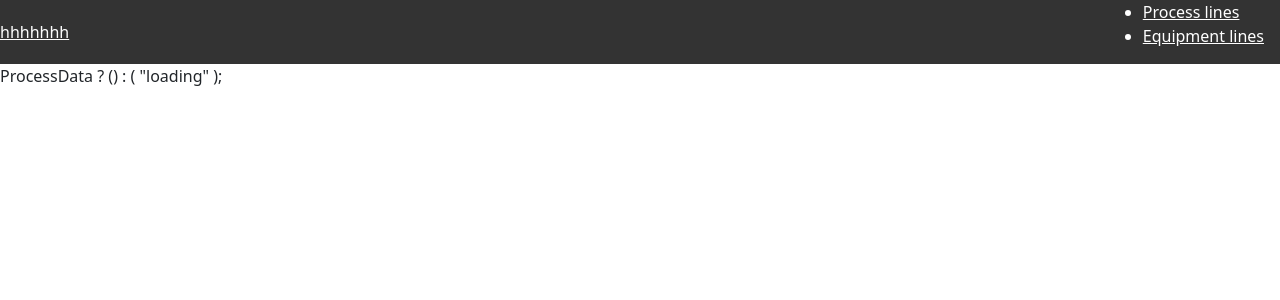
Repository: sreech465/evin3
Page: /pdetails
These files come from the project's save history. The page is drawn as it stood at one moment and after the next save; the edit follows.
The browser window is 1280 px wide. The pictures show the whole page.
The page's requests for data from a server got no answer. The project was rebuilt for these pictures with package versions that can differ from the ones it lists, and the page was loaded fresh each time. No one was signed in, and anything a server would have sent is missing. Also part of the build but not shown: src/Login.js, src/Display.js, src/Details.js, src/Equipment.js, src/Learning.js.

Above is the page before, as saved 2022-10-29 00:21:58.

### src/index.js
import React from "react";
import ReactDOM from "react-dom/client";
import "./index.css";
import App from "./App";
import reportWebVitals from "./reportWebVitals";
import { Provider } from "react-redux";
import store from "./store";
import "bootstrap/dist/css/bootstrap.min.css";
const root = ReactDOM.createRoot(document.getElementById("root"));
root.render(
  <React.StrictMode>
    <Provider store={store}>
      <App />
    </Provider>
  </React.StrictMode>
);

// If you want to start measuring performance in your app, pass a function
// to log results (for example: reportWebVitals(console.log))
// or send to an analytics endpoint. Learn more: https://bit.ly/CRA-vitals
reportWebVitals();

### src/App.js
import React from "react";
import { Routes, Route } from "react-router-dom";
import { BrowserRouter } from "react-router-dom";
import Login from "./Login";
import Display from "./Display";
import Details from "./Details";
import Process from "./Process";
import Equipment from "./Equipment";
import Learning from "./Learning";

const App = () => {
  return (
    <div className="App">
      <BrowserRouter>
        <Routes>
          <Route path="/" element={<Login />} />
          <Route path="/display" element={<Display />} />
          <Route path="/details" element={<Details />} />
          <Route path="/pdetails" element={<Process />} />
          <Route path="/elearning" element={<Learning />} />
        </Routes>
      </BrowserRouter>
    </div>
  );
};

export default App;

### src/store.js
import { applyMiddleware, createStore } from "redux";
import thunk from "redux-thunk";

import { singleReducer } from "./combineReducer";

const store = createStore(singleReducer, applyMiddleware(thunk));

export default store;

### src/Process.js
import React, { useState, useEffect } from "react";
import { useSelector, useDispatch } from "react-redux";
import { getProcesslines } from "./Actions";
import Headertabs from "./Headertabs";

const Process = () => {
  const dispatch = useDispatch();

  const access_token = useSelector(
    (state) => state.LoginReducer.auth.access_token
  );
  console.log(access_token);

  const ProcessData = useSelector((state) => state.ProcessReducer.Data101);
  console.log(ProcessData);

  useEffect(() => {
    dispatch(getProcesslines(access_token));
  }, []);

  return (
    <>
      <Headertabs />
      ProcessData ? (
      <>
        {ProcessData &&
          ProcessData.data.length > 0 &&
          ProcessData.data.map((element) => {
            return (
              <>
                <div class="card" style={{ display: "flex" }}>
                  <img
                    style={{ width: 70, height: 40 }}
                    class="card-img-top"
                    src={element.primary_product_details.primary_product_image}
                    alt="Card image cap"
                  />
                  <div class="card-body">
                    <h5 class="card-title">{element.name}</h5>
                    <p class="card-text">
                      {element.line_capacity} {element.org_location_name}.
                    </p>
                    <a href="#" class="btn btn-primary">
                      Go somewhere
                    </a>
                  </div>
                </div>
              </>
            );
          })}
      </>
      ) : ( "loading" );
    </>
  );
};

export default Process;

### src/combineReducer.js
import { combineReducers } from "redux";
import { LoginReducer, processReducer, projectReducer } from "./Reducer";

export const singleReducer = combineReducers({
  LoginReducer: LoginReducer,
  ProjectReducer: projectReducer,
  ProcessReducer: processReducer,
});

### src/Actions.js
import axios from "axios";

import {
  LOGIN_SUCESS,
  PROCESS_SUCESS,
  PROJECT_SUCESS,
  EQUIPMENT_SUCESS,
} from "./types";

const apiBaseUrl = "http://52.139.224.15:81/account/";
const adminbaseurl = "http://52.139.224.15:81/";
const baseUrl = "http://52.139.224.15:81/account/login/";

export const loginAction = (username, password, navigate) => {
  console.log(username, password, "action");
  return async (dispatch) => {
    const formData = {
      username: username,
      password: password,
    };

    try {
      await axios.post(baseUrl, formData).then((response) => {
        console.log("response from api", response.data);
        if (response.status == 200) {
          dispatch({ type: LOGIN_SUCESS, payload: response.data });
          navigate("/display");
        }
      });
    } catch (err) {
      console.log(err);
    }
  };
};

export const getProjectDetails = (access_token) => {
  console.log(access_token);
  return async (dispatch) => {
    let config = {
      headers: { Authorization: `Bearer ${access_token}` },
    };

    try {
      await axios
        .get(
          "http://52.139.224.15:81/my_project_list/?search=&page=1&ordering=-id&project_status=&solution_org=",
          config
        )
        .then((response) => {
          console.log("response from api", response);
          if (response.status == 200) {
            dispatch({ type: PROCESS_SUCESS, payload: response });
          }
        });
    } catch (err) {
      console.log(err);
    }
  };
};

export const getProcesslines = (access_token) => {
  console.log(access_token);
  return async (dispatch) => {
    let config = {
      headers: { Authorization: `Bearer ${access_token}` },
    };

    try {
      await axios
        .get(
          "http://52.139.224.15:81/end_user/process_line/?primary_product=all&org_location=&query=&page=1&sort_by=-id&installed_by=",
          config
        )
        .then((response) => {
          console.log("response from api", response);
          if (response.status == 200) {
            dispatch({ type: PROJECT_SUCESS, payload: response });
          }
        });
    } catch (err) {
      console.log(err);
    }
  };
};

// export const getEquipmentDetails = (access_token) => {
//   console.log(access_token);
//   return async (dispatch) => {
//     let config = {
//       headers: { Authorization: `Bearer ${access_token}` },
//     };

//     try {
//       await axios
//         .get(
//           "http://52.139.224.15:81/tagged_equipment_list/?search=&page=1&ordering=-status&process_line__org_location__name=&process_line__name=&system=&oem_org_id=&process_line__primary_product_ref__name=&equipment_select=&process_line__installed_by=",
//           config
//         )
//         .then((response) => {
//           console.log("response from api", response);
//           if (response.status == 200) {
//             dispatch({ type: EQUIPMENT_SUCESS, payload: response });
//           }
//         });
//     } catch (err) {
//       console.log(err);
//     }
//   };
// };

### src/Headertabs.js
import React from "react";
import "./styles.css";

const Headertabs = () => {
  return (
    <nav className="nav">
      <a href="/">hhhhhhh</a>
      <ul>
        <li>
          <a href="/">Process lines</a>
        </li>
        <li>
          <a href="/">Equipment lines</a>
        </li>
      </ul>
    </nav>
  );
};

export default Headertabs;

### src/Reducer.js
import { LOGIN_SUCESS, PROCESS_SUCESS, PROJECT_SUCESS } from "./types";
const initialState = {
  auth: {
    access_token: "",
    username: "",
    role_permissions: [],
  },
  Data100: "",
};

export const LoginReducer = (state = initialState, action) => {
  // console.log(action);

  switch (action.type) {
    case LOGIN_SUCESS:
      return {
        ...state,

        auth: action.payload,
      };

    default:
      return state;
  }
};

export const projectReducer = (state = initialState, action) => {
  // console.log(action);

  switch (action.type) {
    case PROCESS_SUCESS:
      return {
        ...state,

        Data100: action.payload,
      };

    default:
      return state;
  }
};

export const processReducer = (state = initialState, action) => {
  // console.log(action);

  switch (action.type) {
    case PROJECT_SUCESS:
      return {
        ...state,

        Data101: action.payload,
      };

    default:
      return state;
  }
};

### src/types.js
export const LOGIN_SUCESS = "LOGIN_SUCESS";
export const PROCESS_SUCESS = "PROCESS_SUCESS";
export const PROJECT_SUCESS = "PROJECT_SUCESS";
export const EQUIPMENT_SUCESS = "EQUIPMENT_SUCESS";

### src/styles.css
* {
    box-sizing: border-box;
}

body {
    margin:0;

}

.nav {
    background-color: #333;
    color:white;
    display: flex;
    justify-content: space-between;
    align-items: center;
    gap: 2rem;
    padding: 0 1rem;
}

.nav a {
    color:inherit
}

Loaded but not shown: public/index.html (common file); src/index.css (common file); src/reportWebVitals.js (common file)

After the next save:
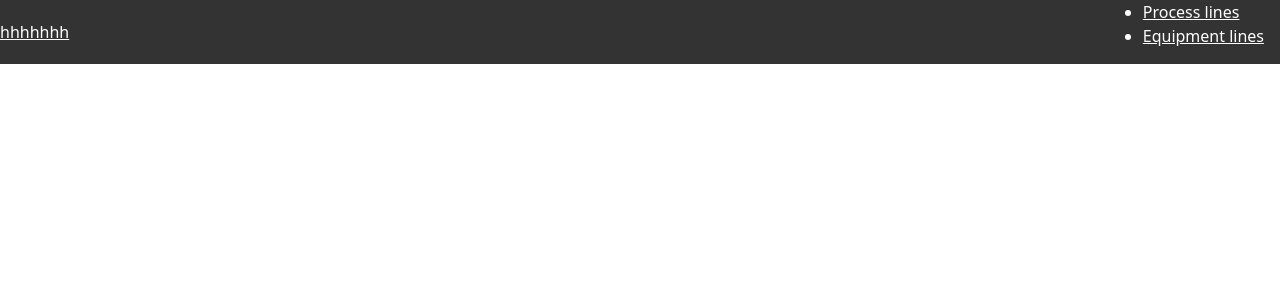
Saved 46 s later.
--- a/src/Process.js
+++ b/src/Process.js
@@ -21,7 +21,7 @@ const Process = () => {
   return (
     <>
       <Headertabs />
-      ProcessData ? (
+
       <>
         {ProcessData &&
           ProcessData.data.length > 0 &&
@@ -49,7 +49,7 @@ const Process = () => {
             );
           })}
       </>
-      ) : ( "loading" );
+      {/* ) : ( "loading" ); */}
     </>
   );
 };
